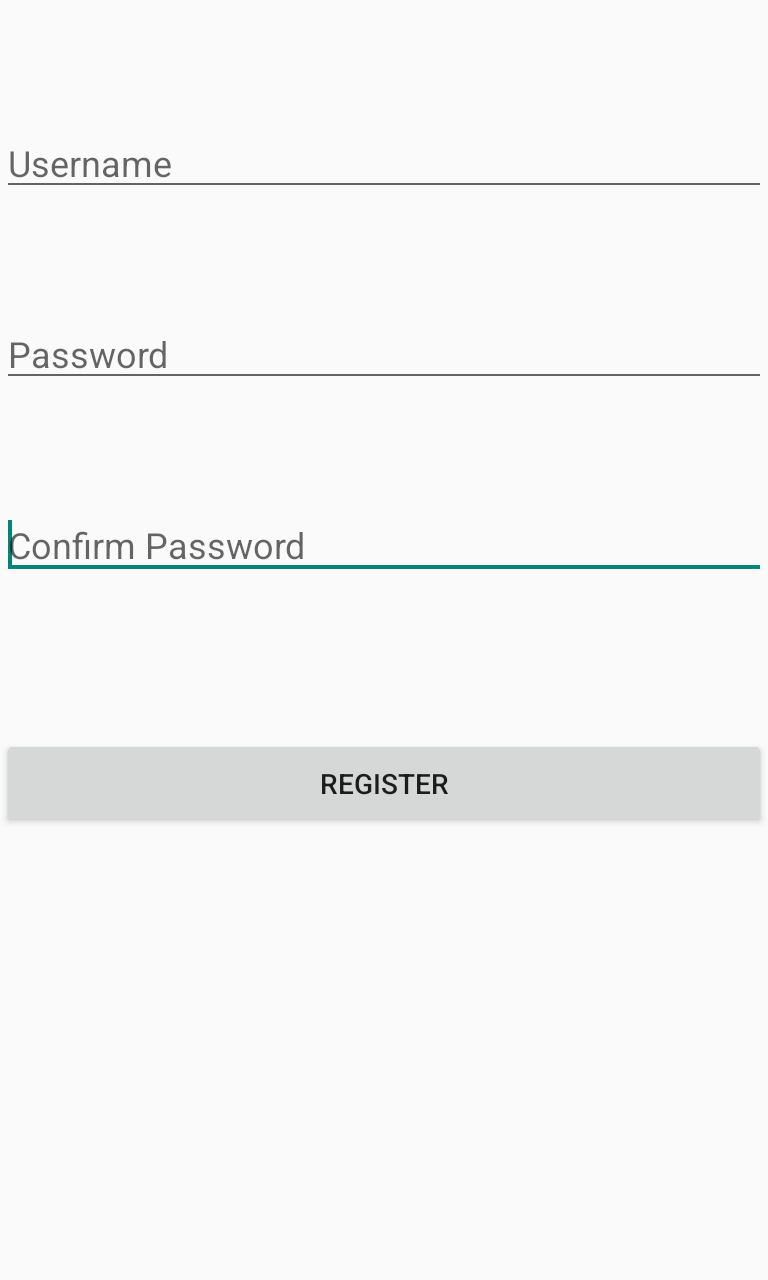
Repository: andrei-pl/PhotoWorld
Layout: Login/res/layout/register_layout.xml
These files come from the project's save history. The layout is drawn as it stood at one moment and after the next save; the edit follows.
It is drawn on a 768 x 1280 px phone screen (xhdpi) without system bars, with theme AppTheme; the app's code is not run.

Above is the layout before, as saved 2014-10-11 01:55:09.

### Login/res/layout/register_layout.xml
<?xml version="1.0" encoding="utf-8"?>
<RelativeLayout xmlns:android="http://schemas.android.com/apk/res/android"
    android:layout_width="match_parent"
    android:layout_height="match_parent" >

    <EditText
        android:id="@+id/txtRegUser"
        android:layout_width="wrap_content"
        android:layout_height="wrap_content"
        android:layout_alignParentLeft="true"
        android:layout_alignParentRight="true"
        android:layout_alignParentTop="true"
        android:layout_marginTop="59dp"
        android:ems="10"
        android:hint="Username" />

    <Button
        android:id="@+id/btnRegister"
        android:layout_width="wrap_content"
        android:layout_height="wrap_content"
        android:layout_alignParentLeft="true"
        android:layout_alignParentRight="true"
        android:layout_below="@+id/txtRegConfirmPass"
        android:layout_marginTop="76dp"
        android:text="Register" />

    <EditText
        android:id="@+id/txtRegConfirmPass"
        android:layout_width="wrap_content"
        android:layout_height="wrap_content"
        android:layout_alignParentLeft="true"
        android:layout_alignParentRight="true"
        android:layout_below="@+id/txtRegPass"
        android:layout_marginTop="54dp"
        android:ems="10"
        android:hint="Confirm Password"
        android:inputType="textPassword" >

        <requestFocus />
    </EditText>

    <EditText
        android:id="@+id/txtRegPass"
        android:layout_width="wrap_content"
        android:layout_height="wrap_content"
        android:layout_alignParentLeft="true"
        android:layout_alignParentRight="true"
        android:layout_below="@+id/txtRegUser"
        android:layout_marginTop="54dp"
        android:ems="10"
        android:hint="Password"
        android:inputType="textPassword" />

</RelativeLayout>

Loaded but not shown: Login/res/values/styles.xml (common file); Login/res/values-v11/styles.xml (common file); Login/res/values-v14/styles.xml (common file)

After the next save:
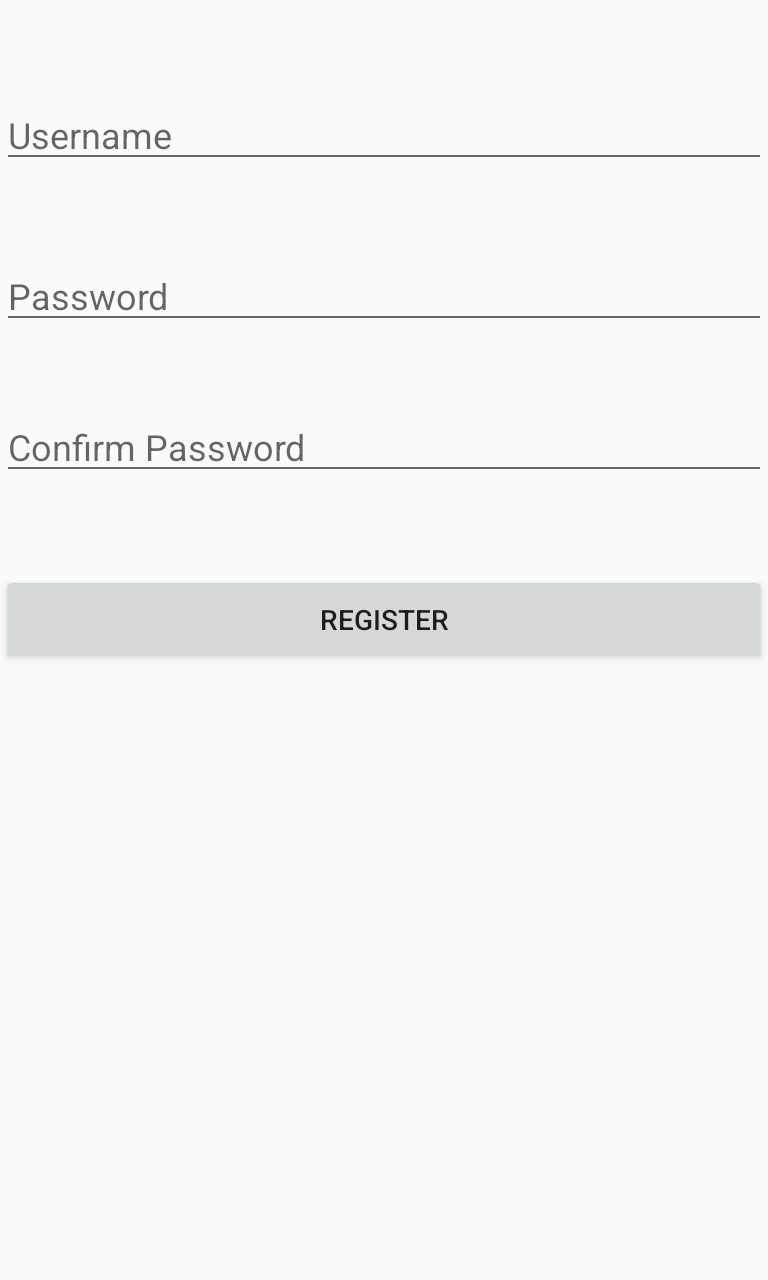
Saved 2 min 21 s later.
--- a/Login/res/layout/register_layout.xml
+++ b/Login/res/layout/register_layout.xml
@@ -10,9 +10,33 @@
         android:layout_alignParentLeft="true"
         android:layout_alignParentRight="true"
         android:layout_alignParentTop="true"
-        android:layout_marginTop="59dp"
+        android:layout_marginTop="45dp"
         android:ems="10"
         android:hint="Username" />
+
+    <EditText
+        android:id="@+id/txtRegPass"
+        android:layout_width="wrap_content"
+        android:layout_height="wrap_content"
+        android:layout_alignParentLeft="true"
+        android:layout_alignParentRight="true"
+        android:layout_below="@+id/txtRegUser"
+        android:layout_marginTop="39dp"
+        android:ems="10"
+        android:hint="Password"
+        android:inputType="textPassword" />
+
+    <EditText
+        android:id="@+id/txtRegConfirmPass"
+        android:layout_width="wrap_content"
+        android:layout_height="wrap_content"
+        android:layout_alignParentLeft="true"
+        android:layout_alignParentRight="true"
+        android:layout_below="@+id/txtRegPass"
+        android:layout_marginTop="34dp"
+        android:ems="10"
+        android:hint="Confirm Password"
+        android:inputType="textPassword" />
 
     <Button
         android:id="@+id/btnRegister"
@@ -21,34 +45,7 @@
         android:layout_alignParentLeft="true"
         android:layout_alignParentRight="true"
         android:layout_below="@+id/txtRegConfirmPass"
-        android:layout_marginTop="76dp"
+        android:layout_marginTop="43dp"
         android:text="Register" />
 
-    <EditText
-        android:id="@+id/txtRegConfirmPass"
-        android:layout_width="wrap_content"
-        android:layout_height="wrap_content"
-        android:layout_alignParentLeft="true"
-        android:layout_alignParentRight="true"
-        android:layout_below="@+id/txtRegPass"
-        android:layout_marginTop="54dp"
-        android:ems="10"
-        android:hint="Confirm Password"
-        android:inputType="textPassword" >
-
-        <requestFocus />
-    </EditText>
-
-    <EditText
-        android:id="@+id/txtRegPass"
-        android:layout_width="wrap_content"
-        android:layout_height="wrap_content"
-        android:layout_alignParentLeft="true"
-        android:layout_alignParentRight="true"
-        android:layout_below="@+id/txtRegUser"
-        android:layout_marginTop="54dp"
-        android:ems="10"
-        android:hint="Password"
-        android:inputType="textPassword" />
-
 </RelativeLayout>
